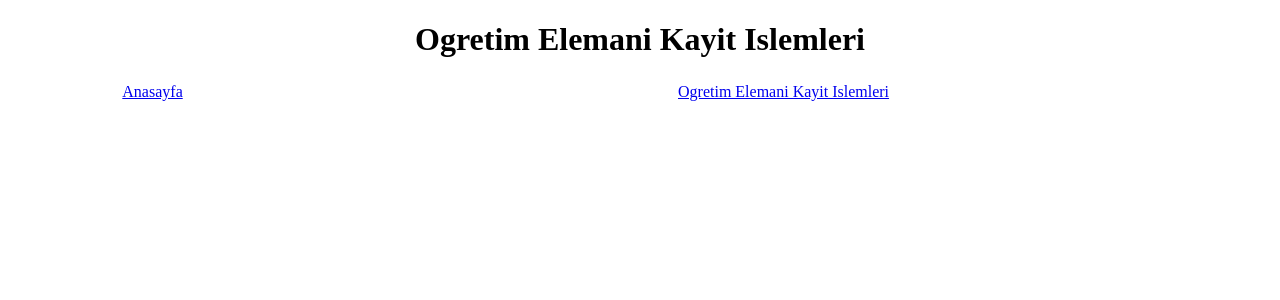
Repository: Egemen-ve-Burakhan-internet-final/final
Page: http://localhost/ogretim/ogretmen_kayit.jsp
These files come from the project's save history. The page is drawn as it stood at one moment and after the next save; the edit follows.
The browser window is 1280 px wide. The pictures show the whole page.
The page is served by Tomcat 9.

Above is the page before, as saved 2020-05-25 14:10:19.

After the next save:
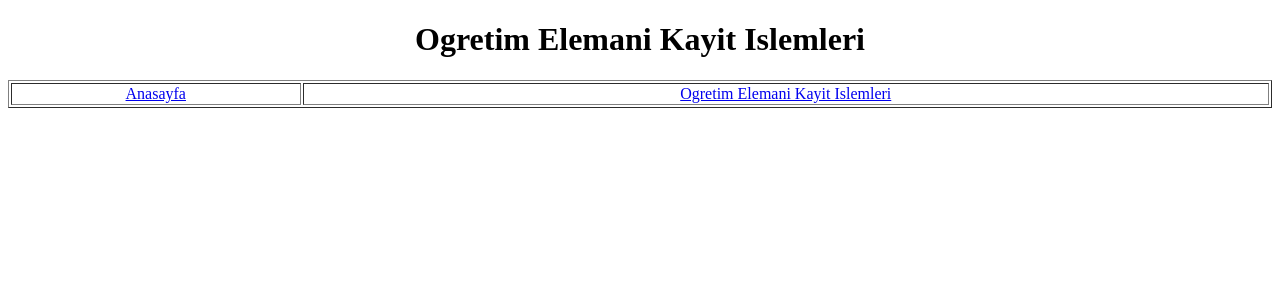
Saved 12 s later.
--- a/okul/ogretim/WebContent/ogretmen_kayit.jsp
+++ b/okul/ogretim/WebContent/ogretmen_kayit.jsp
@@ -12,7 +12,7 @@
 			<h1 style="text-align:center">Ogretim Elemani Kayit Islemleri</h1>
 		</div>
 		<div>
-			<table width="100%" align= center>
+			<table border=1px width="100%" align= center>
 				<tr>
 					<td style="text-align:center"><a href="index.jsp">Anasayfa</a></td>
 					<td style="text-align:center"><a href="ogretmen_kayit.jsp">Ogretim Elemani Kayit Islemleri</a></td>
